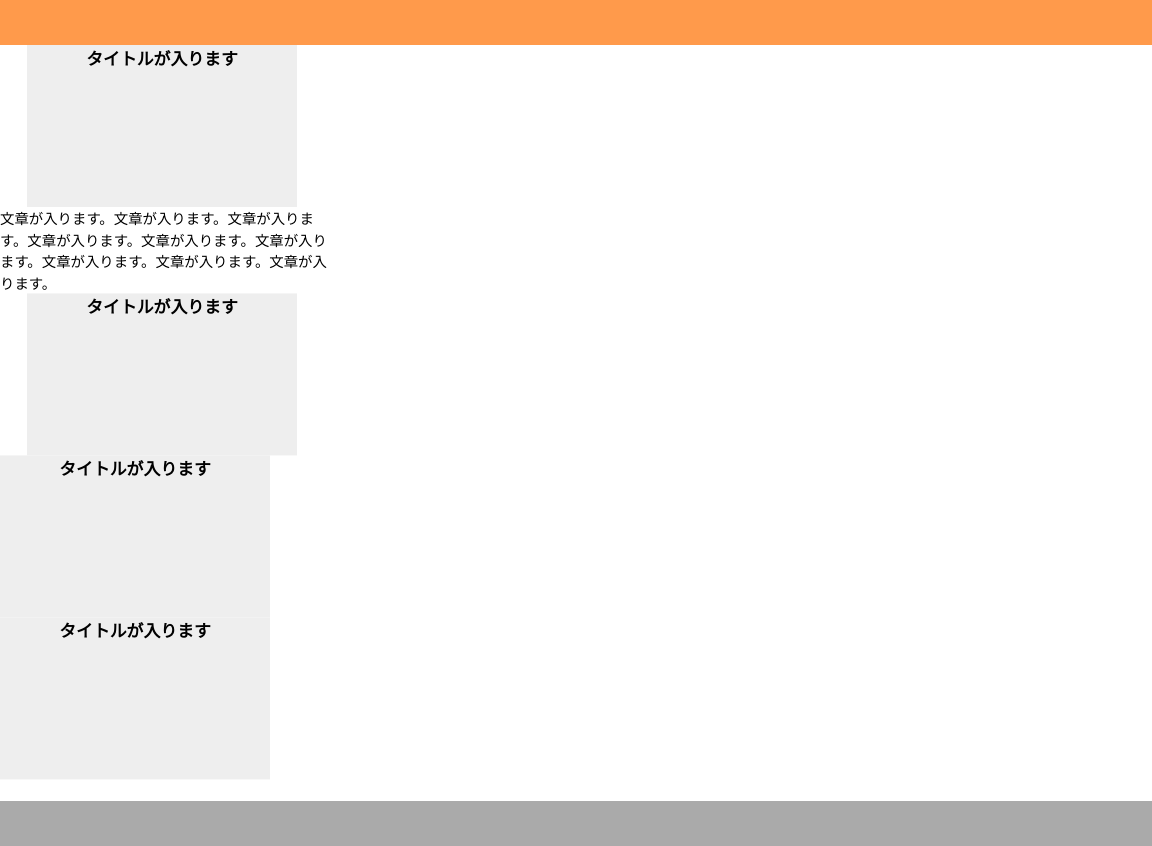
Repository: yesohnuki/shinya-ohnuki
Page: caravan/10.html
The author's editor kept a record of every edit. The page is drawn from the files as they stood at one moment, then again after the next edit.
The browser window is 1280 px wide. The pictures show the whole page, at 90% of full size.

Above is the page before.

After the next edit:
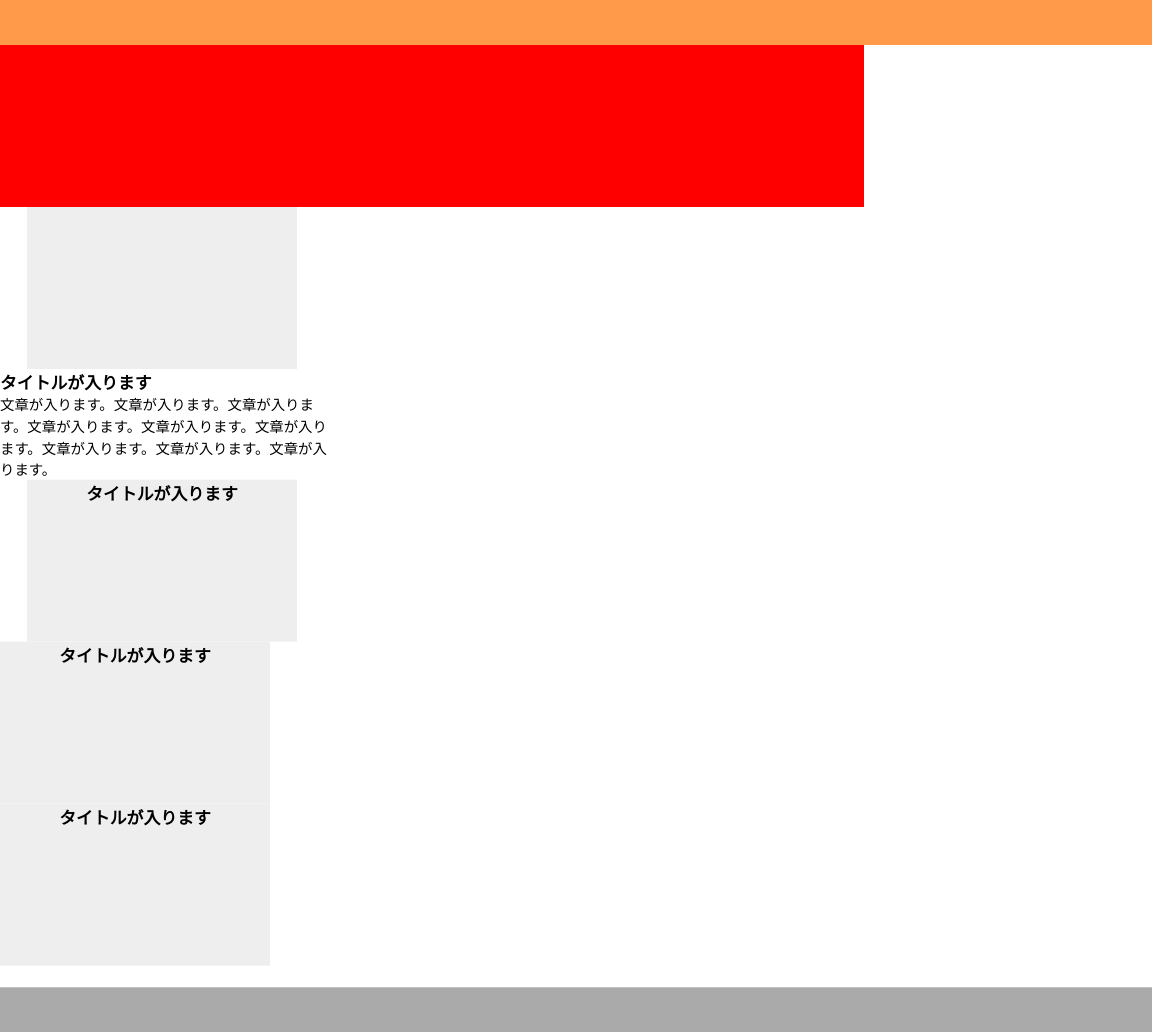
The edit:
--- a/caravan/10.html
+++ b/caravan/10.html
@@ -11,8 +11,8 @@
       <div class="box1"></div>
     </header>
 
-    <main>
-      <section class="blog">
+    <div class="main"></div>
+      <div class="blog"></div>
        <h3 class="blog-text">タイトルが入ります</h3>
       </section>
         <p class="main-name">
